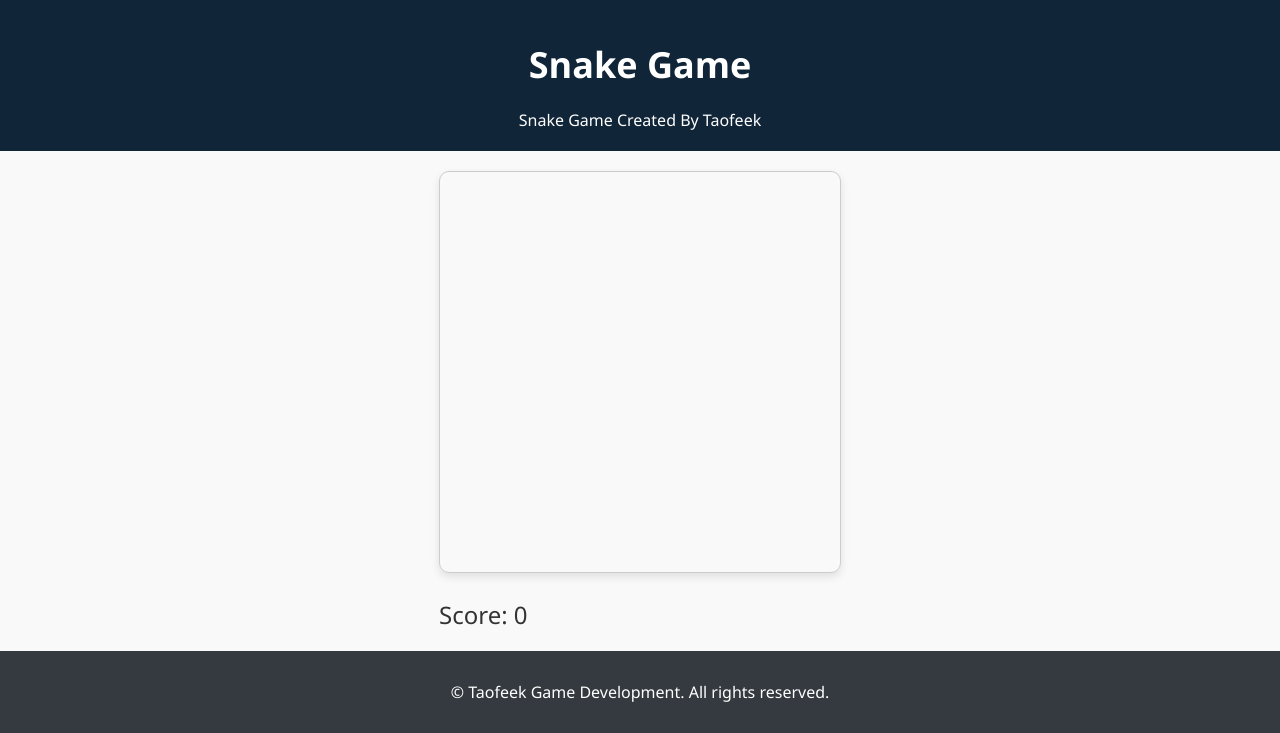
Repository: Taofeekolusola/Landing-page
Page: index.html
The author's editor kept a copy of each file at every save. The page is drawn from the files as they stood at one save, then again after the next save.
The browser window is 1280 px wide. The pictures show the whole page.

Above is the page before, as saved 2024-05-06 18:16:44.
Not found: script.js

After the next save:
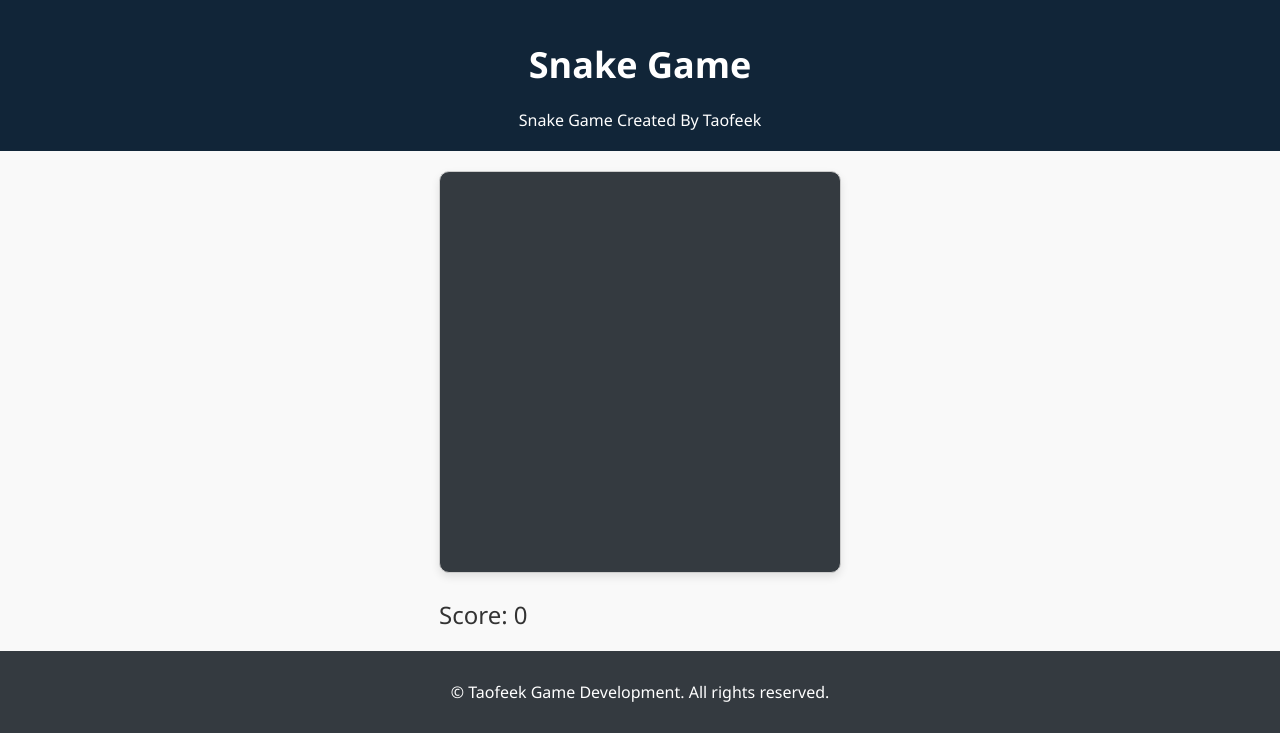
Saved 11 s later.
--- a/styles.css
+++ b/styles.css
@@ -31,7 +31,7 @@ header h1 {
     height: 400px;
     width: 400px;
     margin-top: 20px;
-    background-color: #
+    background-color: #343a40
 }
 
 main {
